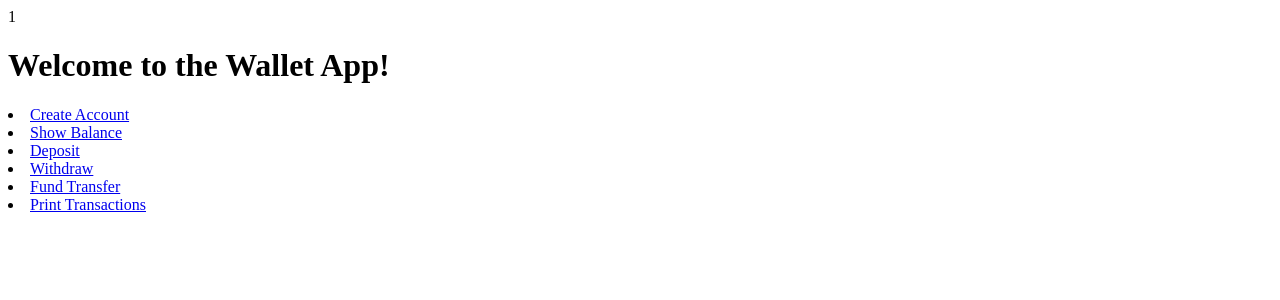
Repository: rosikraj/TurbifyTraining
Page: http://localhost/WalletApp/HomePage.jsp
The author's editor kept a copy of each file at every save. The page is drawn from the files as they stood at one save, then again after the next save.
The browser window is 1280 px wide. The pictures show the whole page.
The page is served by Tomcat 9. Other server files are loaded and not shown.

Above is the page before, as saved 2023-09-21 17:44:23.

### WalletApp/WebContent/HomePage.jsp
1<%@ page language="java" contentType="text/html; charset=ISO-8859-1"
    pageEncoding="ISO-8859-1"%>
<!DOCTYPE html PUBLIC "-//W3C//DTD HTML 4.01 Transitional//EN" "http://www.w3.org/TR/html4/loose.dtd">
<html>
<head>
<meta http-equiv="Content-Type" content="text/html; charset=ISO-8859-1">
<title>Wallet App</title>
</head>
<body>
<h1> Welcome to the Wallet App!</h1>
<u1>
 <li><a href="create_account.jsp">Create Account</a></li>
 <li><a href="show_balance.jsp">Show Balance</a></li>
 <li><a href="deposit.jsp">Deposit</a></li>
 <li><a href="withdraw.jsp">Withdraw</a></li>
 <li><a href="fund_transfer.jsp">Fund Transfer</a></li>
 <li><a href="print_transactions.jsp">Print Transactions</a></li>
</u1>
</body>
</html>

After the next save:
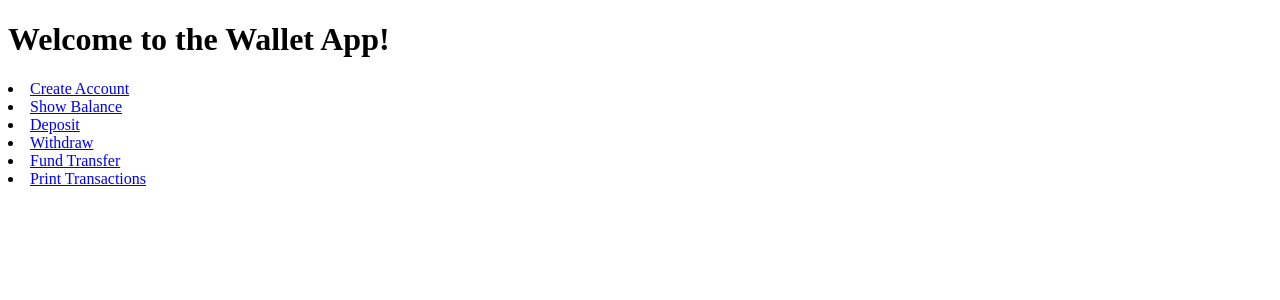
Saved 20 s later.
--- a/WalletApp/WebContent/HomePage.jsp
+++ b/WalletApp/WebContent/HomePage.jsp
@@ -1,4 +1,4 @@
-1<%@ page language="java" contentType="text/html; charset=ISO-8859-1"
+<%@ page language="java" contentType="text/html; charset=ISO-8859-1"
     pageEncoding="ISO-8859-1"%>
 <!DOCTYPE html PUBLIC "-//W3C//DTD HTML 4.01 Transitional//EN" "http://www.w3.org/TR/html4/loose.dtd">
 <html>
